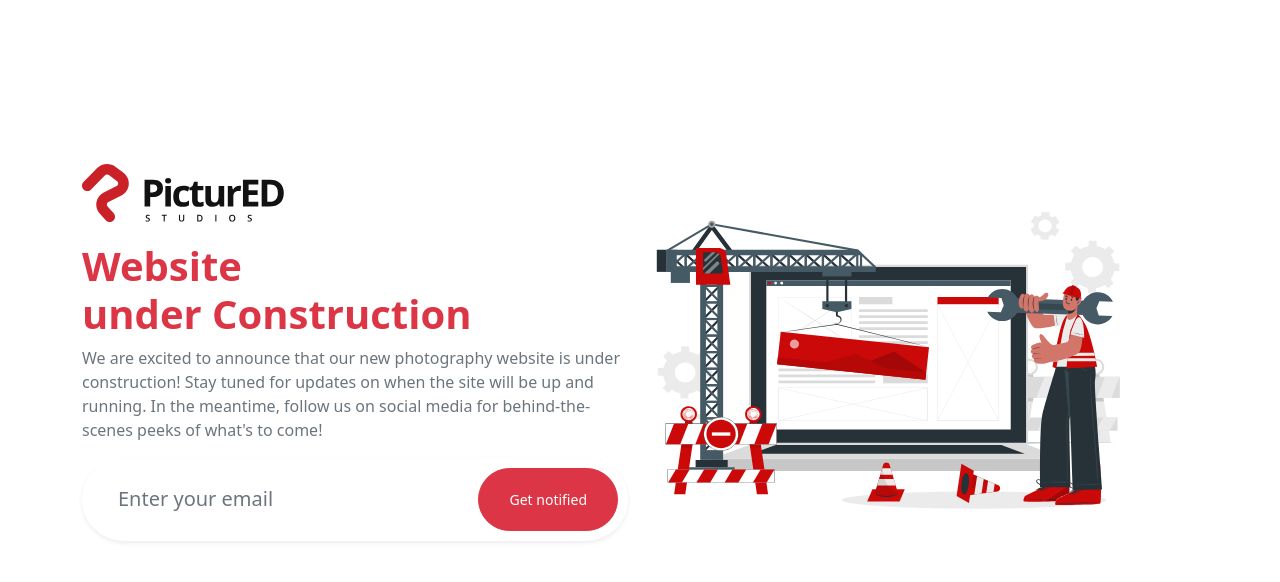
Repository: tHEO2k17/pictured
Page: /
An editor plug-in stored every save of this project. The page is shown before and after the next save, followed by the edit.
The browser window is 1280 px wide. The pictures show the whole page.
The project was rebuilt for these pictures with package versions that can differ from the ones it lists, and the page was loaded fresh each time.

Above is the page before, as saved 2022-09-14 14:30:01.

### src/index.scss
@import '~bootstrap/scss/bootstrap.scss';

.input-group {
  // border: 1px solid #eee;
  border-radius: 50px;
  padding: 10px 10px 10px 20px;
}

.input-group > :not(:first-child):not(.dropdown-menu):not(.valid-tooltip):not(.valid-feedback):not(.invalid-tooltip):not(.invalid-feedback) {
  margin-left: 20px;
  border-radius: 50px;
  font-size: 14px;
  padding: 20px 30px 20px 30px ;
}

.form-control {
  border: unset;
}

.form-control:focus {
  background-color: #fff;
  border-color: unset;
  outline: 0;
  box-shadow: unset;
}

### src/App.tsx
import React from "react";
import {
  Container,
  Col,
  Row,
  Image,
  InputGroup,
  Button,
  Form,
} from "react-bootstrap";
import logo from "./core/res/images/logo.svg";
import sideImage from "./core/res/images/side-image.svg";

function App() {
  return (
    <Container className="min-vh-100">
      <Row className="min-vh-100 align-items-center">
        <Col>
          <Image src={logo} />
          <h1 className="text-danger fw-bold mt-3">
            Website <br /> under Construction
          </h1>

          <p className="text-muted">
            We are excited to announce that our new photography website is under
            construction! Stay tuned for updates on when the site will be up and
            running. In the meantime, follow us on social media for
            behind-the-scenes peeks of what's to come!
          </p>

          <InputGroup size="lg" className="mt-3 mb-3 shadow-sm">
            <Form.Control
              placeholder="Enter your email"
              aria-label="Enter your email"
              aria-describedby="basic-addon2"
            />
            <Button variant="danger" id="button-addon2">
              Get notified
            </Button>
          </InputGroup>

          {/* <Row>
            <Col md={{ span: 8, offset: 2 }}>
              <InputGroup className="mb-3 ">
                <Form.Control
                  placeholder="Recipient's username"
                  aria-label="Recipient's username"
                  aria-describedby="basic-addon2"
                />
                <Button variant="outline-secondary" id="button-addon2">
                  Button
                </Button>
              </InputGroup>
            </Col>
          </Row> */}
        </Col>
        <Col>
          <Image src={sideImage} />
        </Col>
      </Row>
    </Container>
  );
}

export default App;

Loaded but not shown: public/index.html (common file); src/index.tsx (common file)

After the next save:
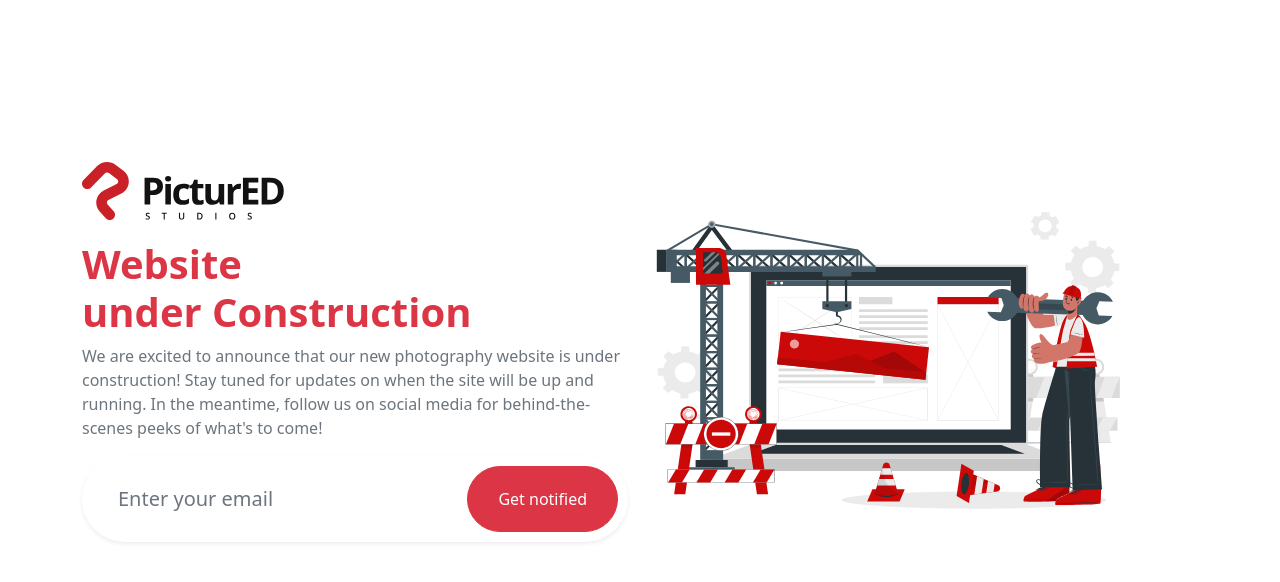
Saved 8 s later.
--- a/src/index.scss
+++ b/src/index.scss
@@ -9,7 +9,7 @@
 .input-group > :not(:first-child):not(.dropdown-menu):not(.valid-tooltip):not(.valid-feedback):not(.invalid-tooltip):not(.invalid-feedback) {
   margin-left: 20px;
   border-radius: 50px;
-  font-size: 14px;
+  font-size: 16px;
   padding: 20px 30px 20px 30px ;
 }
 
